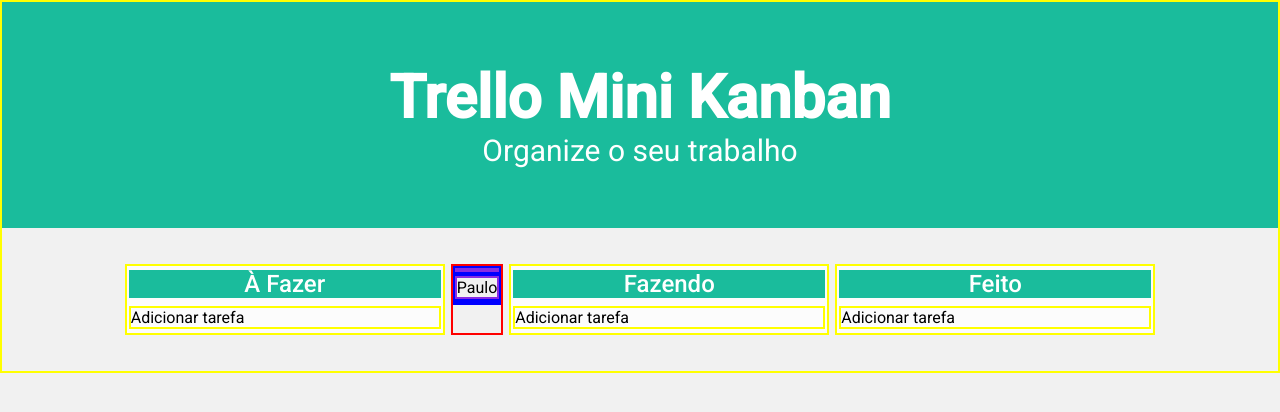
Repository: douglasabnovato/byteclass
Page: trello-mini-kanban/index.html
These files come from the project's save history. The page is drawn as it stood at one moment and after the next save; the edit follows.
The browser window is 1280 px wide. The pictures show the whole page.

Above is the page before, as saved 2025-07-31 21:15:30.

After the next save:
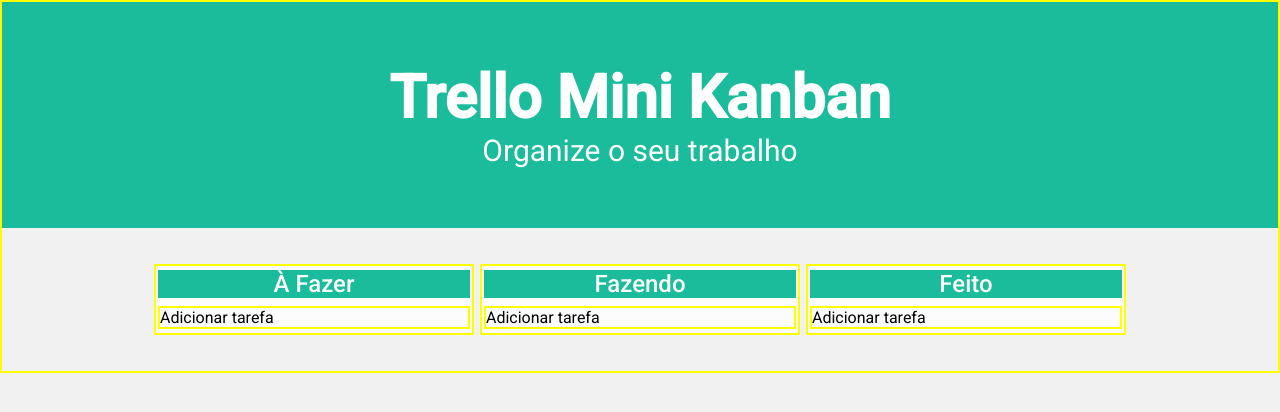
Saved 13 s later.
--- a/trello-mini-kanban/index.html
+++ b/trello-mini-kanban/index.html
@@ -33,15 +33,6 @@
           </div>
         </div>
 
-        <div class="a">
-          <div class="b">
-            <div class="c"></div>
-          </div>
-          <div class="b"><div class="c d">Paulo</div></div>
-          <div class="b"></div>
-        </div>
-
-
         <div class="board">
           <h3 class="title">Fazendo</h3>
           <ul
